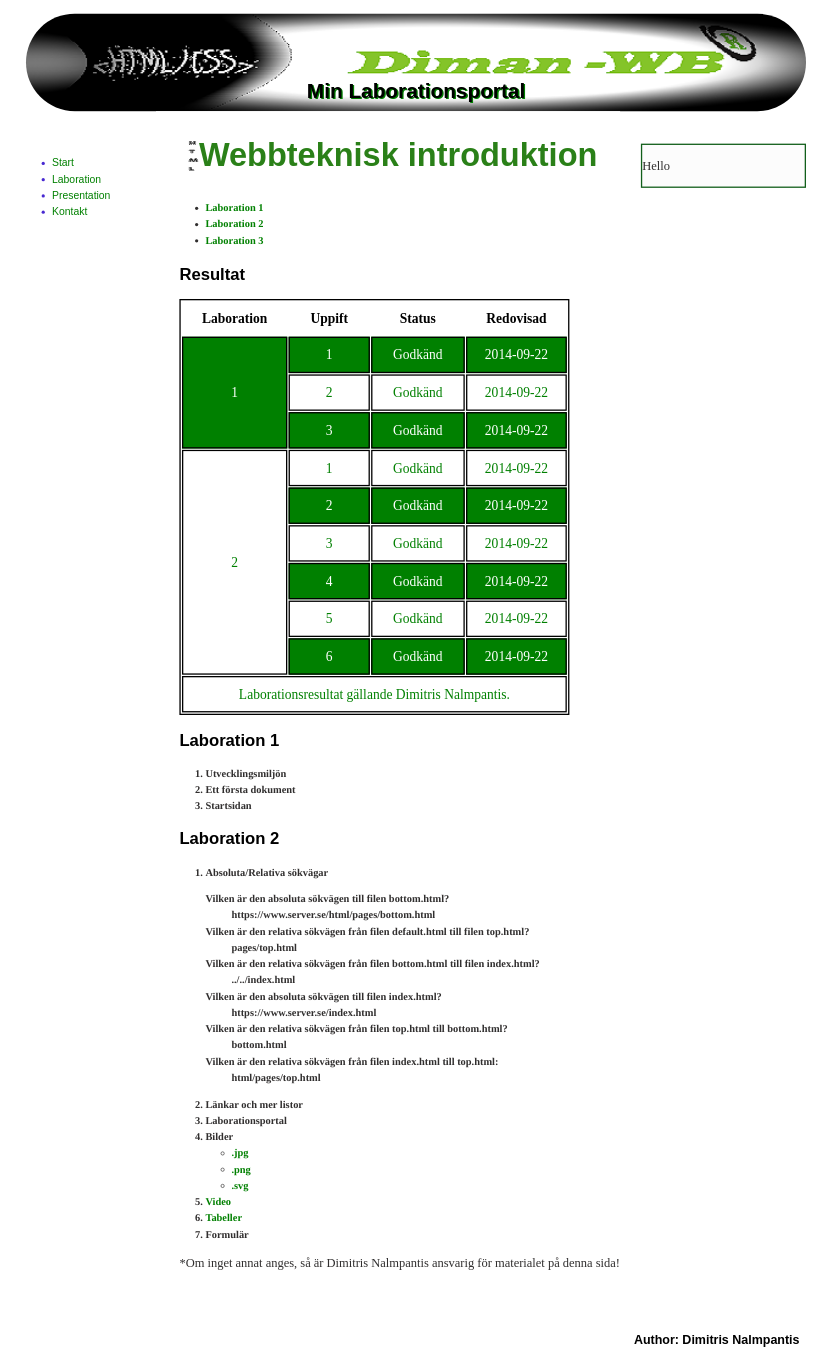
Repository: dn222em/1ik415-laborationer
Page: pages/laborationer.html
The author's editor kept a record of every edit. The page is drawn from the files as they stood at one moment, then again after the next edit.
The browser window is 1280 px wide. The pictures show the whole page, at 65% of full size.

Above is the page before.

### pages/laborationer.html
<!doctype html>
<html lang="sv">
	<head>
		<meta charset="utf-8" />
			<title>Laborationer</title>
				<link rel="stylesheet" href="../CSS/style.css"/>
	</head>
		<body>
<div id="container">
	<div id="top">

		<h1 id="title">Min Laborationsportal</h1>
	</div>

	<div id="navigation">
		<ul class="menu">
			<li><a href="../index.html">Start</a></li>
			<li><a href="../pages/laborationer.html" id="active">Laboration</a></li>
			<li><a href="../pages/Presentation.html">Presentation</a></li>
			<li><a href="../pages/Kontakt.html">Kontakt</a></li>
		</ul>
	</div>
	<div id="content">
				<h2 class="minilogo">Webbteknisk introduktion</h2>

	    			<ul>
	    			    <li><a href="#one">Laboration 1</a></li>
	    			    <li><a href="#two">Laboration 2</a></li>
	    			    <li><a href="#three">Laboration 3</a></li>
	    			</ul>
				<h3><a id="tabell-1">Resultat</a></h3>
	    			<table class="tables">
	    			<thead>
	    				<tr>
	    					<th>Laboration</th>
	    					<th>Uppift</th>
	    					<th>Status</th>
	    					<th>Redovisad</th>
	    				</tr>
					</thead>
					<tfoot>
	    				<tr class="doubbel">
	    					<td colspan="4">
	    						Laborationsresultat gällande Dimitris Nalmpantis.
	    					</td>
	    				</tr>
	    			</tfoot>
	    			<tbody>
	    				<tr class="single">
	    					<td rowspan="3"> 1 </td>
	    					<td>1</td>
	    					<td>Godkänd</td>
	    					<td>2014-09-22</td>
	    				</tr>
	    				<tr class="doubbel">
	    					<td>2</td>
	    					<td>Godkänd</td>
	    					<td>2014-09-22</td>
	    				</tr>
	    				<tr class="single">
	    					<td>3</td>
	    					<td>Godkänd</td>
	    					<td>2014-09-22</td>
	    				</tr>
	    				<tr class="doubbel">
	    					<td rowspan="6"> 2</td>
	    					<td>1</td>
	    					<td>Godkänd</td>
	    					<td>2014-09-22</td>
	    				</tr>
						<tr class="single">
	    					<td>2</td>
	    					<td>Godkänd</td>
	    					<td>2014-09-22</td>
	    				</tr>
						<tr class="doubbel">
	    					<td>3</td>
	    					<td>Godkänd</td>
						<td>2014-09-22</td>
	    				</tr>
						<tr class="single">
	    					<td>4</td>
	    					<td>Godkänd</td>
						<td>2014-09-22</td>
	    				</tr>
						<tr class="doubbel">
	    					<td>5</td>
	    					<td>Godkänd</td>
							<td>2014-09-22</td>
	    				</tr>
						<tr class="single">
	    					<td>6</td>
	    					<td>Godkänd</td>
	    					<td>2014-09-22</td>
	    				</tr>
					</tbody>
	    			</table>
	    	<h3> <a id="one">Laboration 1</a></h3>

	    	        <ol>
	    	        	<li>Utvecklingsmiljön</li>
	    	        	<li>Ett första dokument</li>
	    	        	<li>Startsidan</li>
	    	        </ol>

	    	<h3> <a id="two">Laboration 2</a></h3>

	    	       	<ol>
						<li>Absoluta/Relativa sökvägar
							<dl>
							<dt> Vilken är den absoluta sökvägen till filen bottom.html?</dt>
								<dd>https://www.server.se/html/pages/bottom.html</dd>
							<dt>Vilken är den relativa sökvägen från filen default.html till filen top.html?</dt>
								<dd>pages/top.html</dd>
							<dt>Vilken är den relativa sökvägen från filen bottom.html till filen index.html?</dt>
								<dd>../../index.html</dd>
							<dt>Vilken är den absoluta sökvägen till filen index.html?</dt>
								<dd>https://www.server.se/index.html</dd>
							<dt>Vilken är den relativa sökvägen från filen top.html till bottom.html?</dt>
								<dd>bottom.html</dd>
							<dt>Vilken är den relativa sökvägen från filen index.html till top.html:</dt>
								<dd>html/pages/top.html</dd>
							</dl>
						<li>Länkar och mer listor</li>
						<li>Laborationsportal</li>
						<li>Bilder
							<ul>
								<li><a href="Presentation.html#bild">.jpg</a></li>
								<li><a href="../index.html#logo">.png</a></li>
								<li><a href="../index.html#svg1">.svg</a></li>
							</ul>
						<li><a href="../index.html#animals">Video</a></li>
						<li><a href="#tabell-1">Tabeller</a></li>
						<li>Formulär</li>
	    	        </ol>

	    	<p>*Om inget annat anges, så är Dimitris Nalmpantis ansvarig för materialet på denna sida!</p>
	</div>

	<div id="sidebar">
		<p>Hello</p>
	</div>
	<div id="footer">
	    <h6>Author: Dimitris Nalmpantis</h6>
	</div>
</div>
	</body>
</html>

### CSS/style.css


/*CSS -Stylesheet
-----------------------------------------------------------------------------------------------------------*/


/*Layout
 Using: Two columns floating layout
Total width: 1100px
-----------------------------------------------------------------------------------------------------------*/
/*Container white (#FFFFF)
*Top -  green { #125F1B } --> Title( #2A8018)
*Navigation green
*Content - #FFFFF
*footer-white { #fff }
*Siderbar #fcfcfc (white.gray)

------------------------------------------------------------------*/
#container {
	max-width: 1200px;
	background-color:white;
	margin:0 auto;

}

/*Top
-------------------------------------------------------------------*/
#top {

	height: 150px;
	background-color: #125F1B;
	background: url('../pics/logo.png') no-repeat; background-size: 1200px 150px;
	border-radius:100px;
}

#title {
	font-family: "arial", "helvetica", "serif";
	color: black;
	font-size:2em;
	text-shadow: 2px 2px green;
	text-align:center;
	padding-top: 90px;
}

/*Navigation -Menu
-------------------------------------------------------------------*/
#navigation {
	margin-top: 1px;
	width: 200px;	height:auto;
	float: left;
	background-color:#FFF;
	padding:0px;
	padding-top:50px;

}

/*Content
-------------------------------------------------------------------*/
#content {
	background-color: #FFF;
	max-width: 710px;
	margin-bottom: 20px;
	float: left;
	padding:0px;
	padding-left:36px;

}

/*Sidebar
-------------------------------------------------------------------*/
#sidebar {
	background-color: #fcfcfc;
	font-family: "arial", "helvetica", "sans-serif"; color: white;
	border: 2px solid #125F1B;
	margin-top: 50px;
	width: 250px;
	float: right;
	padding:0px;


}

/*Footer
--------------------------------------------------------------------*/
#footer {
clear:both;
padding:10px;
background-color:#fff;
color:white;
text-align:right;
height:60px;

}

/*Menu attributes
------------------------------------------------------*/
/*.menu {
	float:left;
	font-family: "arial", "helvetica", "serif"; font-variant:small-caps;
	font-size: 20px; font-weight:bold;
	margin-top:1px;
	margin-left:0px;
	padding:0px;

}

.menu li {
	text-decoration:none;
	list-style-type:none;
	height: 62px; line-height: 48px;
	padding-top:0px;
	padding-left:0px;
	padding-right:0px;
	width: 190px;
}
.menu li a {
	display:block;
						/*border: solid 3px black;*/
/*	text-align:center;
	width: 190px;
						/*	border: inset yellow thick;*/
/*	border-radius:58px;
 background-color:green;
 color:white;

}

.menu li a:visited{ color:white; background-color:green;}

.menu li a:active{ background-color:white;	color:black;}

.menu li a:hover{ background-color:white;color:green;}

.menu li a:focus { background-color:black;	color:green;}

#active {
		background-color:white;	color:black;
}*/

/*Sprites-Menu
------------------------------------------------------------------*/


/*Typografi
---------------------------------------------------------------------------------------------------------*/
/*Links
-------------------------------*/
a:link {color:green; text-decoration:none;}
a:visited {color:#CB29D5;} /*lila*/
a:hover{color:red;}
a:focus {color:blue;}
a:active{color:#29D17;} /*light-green*/

/*Headers
------------------------------*/
													/*body {font-family :"times", "georgia", "serif", "Lucida Sans Unicode", "Lucida Grande";
														line-height: 25px; color: #312F2F; font-size: 1.1em; width:674px;} ---->onödigt.Problem*/

h1, h2, h3, h4, h5, h6 {font-family: "arial", "tahoma", "helvetica", "san serif", "verdana";
font-weight:bold; color: #2A8018; line-height: 1.8em;  font-size: 1.8em;} /*tema-green*/

h2 {line-height: 28px;  font-size: 28px;}
h3 {line-height: 26px;  color:  black; font-size: 1.6em;}
h4 {line-height: 25px;  color:  black; font-size: 1.4em;}
h5 {line-height: 25px;  color:  black; font-size: 1.3em; text-transform:uppercase;}
h6 {line-height: 25px;  color:  black; font-size: 1.2em; font-weight:none;}

/*Body
-----------------------------*/
p {font-family : "Times New Roman", "times", "georgia", "serif", "Lucida Sans Unicode", "Lucida Grande";
			line-height: 25px; color: #312F2F; font-size: 1.2em; 	} /*grey-black*/

#content ol, ul{font-family: "arial", "tahoma", "helvetica", "san serif", "verdana";
			line-height: 25px; color: #4829D1; font-size: 1em;}

#content li, dl, dt  {font-family :"times", "georgia", "serif", "Lucida Sans Unicode", "Lucida Grande";
			line-height: 25px; color: #312F2F; font-size: 1em; font-weight:bold;}



/*Media
------------------------------*/
img { max-width:710px;}

video {max-width:710px;}


/*Form -  Contakt.
--------------------------------*/
.contakt_form {max-width:705px;
		padding-top:40px;
		line-height:2em;
		font-size: 1.3em;

}

.contakt_form label { text-align:right;}

.contakt_form input {background-color: #FFF0F0; font-size: 0.7em; margin-bottom:20px;}

.contakt_form option {width:80px; }

.contakt_form textarea {background-color: #FFF0F0; font-size: 0.9em; float:right; }

.zozo {background-color: rgb(240, 240, 240);
	height: 45px; line-height: 43px;
	text-align:center;
	margin-top:10px;
border-radius:20%;
font-size:0.8em;
}


/*Speciall typografi- classes
-----------------------------*/
#special {font-family:"sans-serif"; font-size: 40px; font-weight:bold;}

#ps {text-align:right; font-family:"arial", "tahoma", "helvetica", "san serif", "verdana";
			font-size: 0.8em; }


/*Speciall media - classes
-----------------------------*/
.sociall {width: 350px; height: 250px;
	  background-image: url("pics/social-networks.jpg");
	  background-repeat:no-repeat;
	  background-size: 350px; float: right;
			border:solid 8px green;}

#bild  {width: auto; height: auto;
		 float: right;
			border:solid 8px green;
			margin-right:20px;
			max-width:100%;
			max-height:auto;}

.minilogo { background-image:url("pics/minilogob.jpg"); /*minilogo på första titeln*/
		background-repeat: no-repeat;/* repeat, repeat-x, repeat-y */
		background-position: top left; /* right, bottom, center ... */
		background-size: 40px 50px;
		text-indent: 30px;
		font-size: 50px;
		line-height:53px;}

.ram {border-style:double; background-color: rgb(194, 187, 187);
			margin:20px; border-width:8px; padding:20px; }

	.ram h3 {border-bottom:  3px solid black; padding:5px;}

		.right{width: 250px; height: 250px;
				 float: right;
					border:solid 2px olive;}



/*Speciall tabeller- classes
------------------------------*/

.tables {border:3px solid green; font-size:1.3em; line-height:50px; text-align:center;}

.tables, td {border:solid 2px black ; width: 600px; height:auto;}


.single{border:3px solid green;background-color: /*rgb(150, 224, 150)*/ green;color:white;}

.doubbel{ border:solid 3px green; background-color:/*rgb(240, 240, 240)*/ white;
	color: green;}




/* Print properties. sv- Skrivare
------------------------------------------------------------------------------------------------------*/

@media print{

    /*Layout
    ------------------------*/

#top {display:none;}

#navigation {display:none;}

#sidebar {display:none;}

#footer {display:none;}

#content {border:0; border-style:none; background-color:white;}

#content a:after {
    content: "("attr(href)")";} /*visar hela länken vid utskrift*/

.me {font-family: "arial", "tahoma", "helvetica", "san serif", "verdana";
        font-weight:bold; color: #2A8018; line-height: 1.5em;  font-size: 1.3em;
            float:right;}


/*End Layout
-----------------------------------------------*/


    /*Media
    -----------------------*/
video {display:none;}
img {border:0;}

/*End Media
----------------------------------------------*/



    /*Typografi
    -----------------------*/

h1, h2, h3, h4, h5, h6 {font-family: "arial", "tahoma", "helvetica", "san serif", "verdana";
        font-weight:bold; color: #2A8018; line-height: 1.5em;  font-size: 1.3em;}

p {font-family : "Times New Roman", "times", "georgia", "serif", "Lucida Sans Unicode", "Lucida Grande";
			line-height: 1.5em; color: #312F2F; font-size: 1.1em;} /*grey-black*/

#content ol, ul{font-family: "arial", "tahoma", "helvetica", "san serif", "verdana";
			line-height: 25px; color: #4829D1; font-size: 1em;}

#content li, dl, dt  {font-family :"times", "georgia", "serif", "Lucida Sans Unicode", "Lucida Grande";
			line-height: 1.5em; color: #312F2F; font-size: 1em;}

/*End Typografi
--------------------------------------------*/



	/*Speciall media - classes
    --------------------------*/
.sociall {border:none;}

#bild  {border:none;}

.ram {border-style:none; background-color: none;  }

.ram h3 {border:none;}

.right{ border:none;}

/*End speciall
---------------------------------------------*/


}    /*End Print*/

After the next edit:
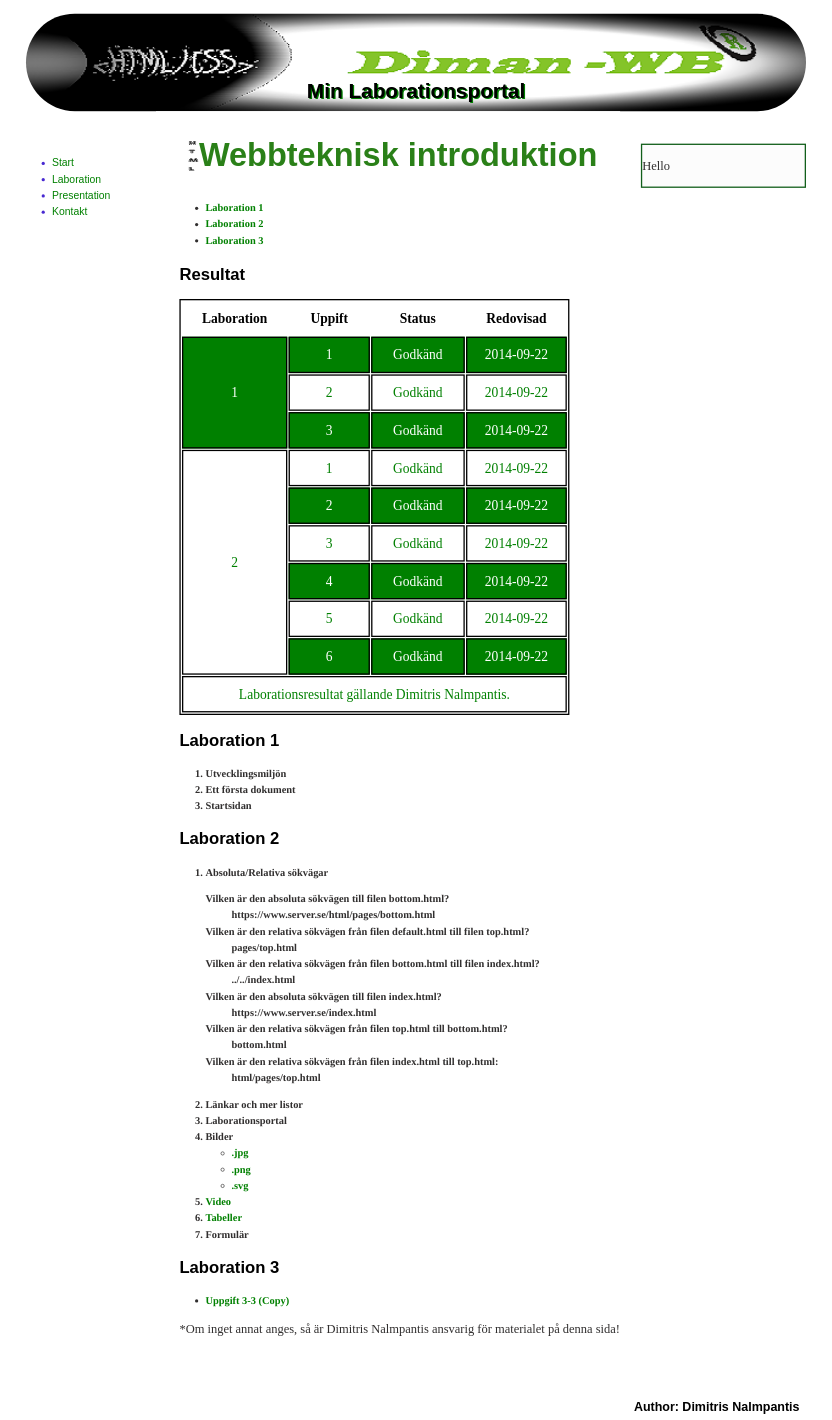
The edit:
--- a/pages/laborationer.html
+++ b/pages/laborationer.html
@@ -134,6 +134,10 @@
 						<li>Formulär</li>
 	    	        </ol>
 
+	    	<h3> <a id="three">Laboration 3</a></h3>
+	    			<ul>
+						<li><a href="https://uppgift-3-3-c9-dn222em.c9.io/?_c9_id=livepreview2&_c9_host=https://ide.c9.io">Uppgift 3-3 (Copy)</a></li>
+					</ul>
 	    	<p>*Om inget annat anges, så är Dimitris Nalmpantis ansvarig för materialet på denna sida!</p>
 	</div>
 
